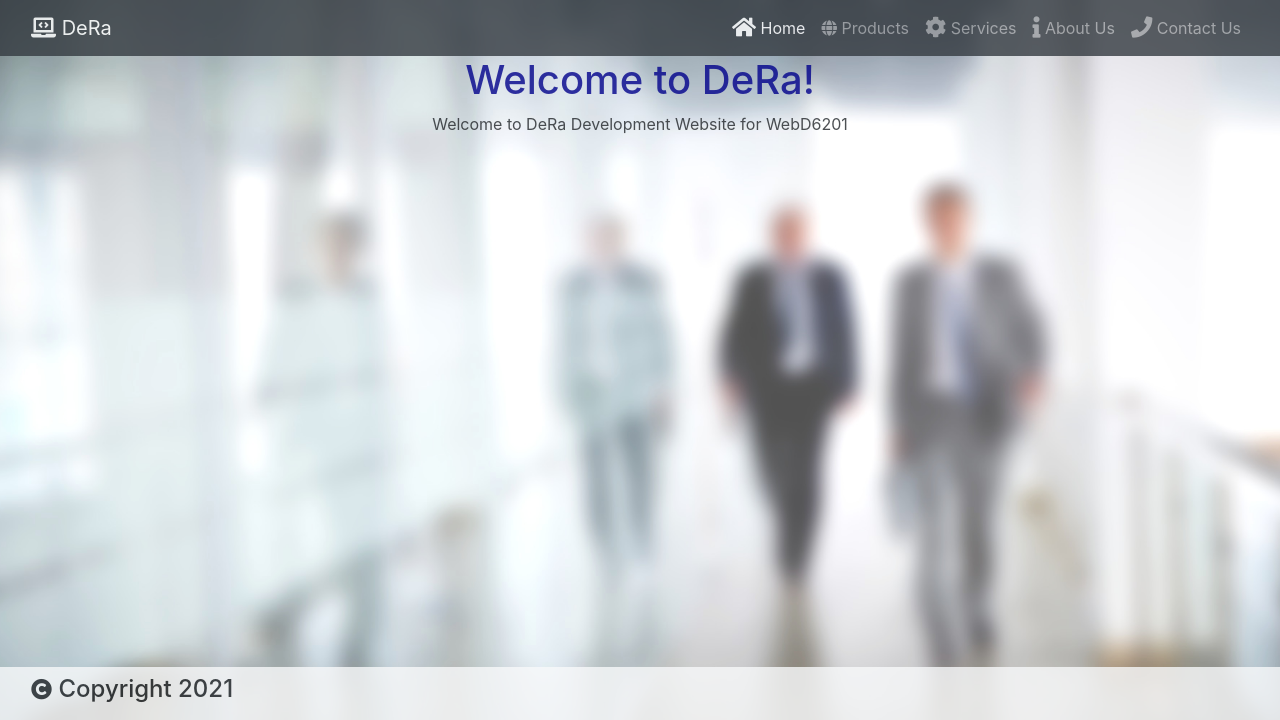
Repository: deividwsantoss/web6201-Lab1
Page: index.html
The author's editor kept a copy of each file at every save. The page is drawn from the files as they stood at one save, then again after the next save.
The browser window is 1280 px wide. The pictures show the whole page.

Above is the page before, as saved 2021-02-03 00:48:56.
Console error (its wording comes from the project's code and is left out).

### index.html
<!DOCTYPE html>
<html lang="en">
<head>
    <meta charset="UTF-8">
    <meta name="viewport" content="width=device-width, initial-scale=1.0">
    <title>Home</title>
</head>
<!-- CSS SECTION-->
<link rel="stylesheet" href="./node_modules/bootstrap/dist/css/bootstrap.min.css">
<link rel="stylesheet" href="./node_modules/@fortawesome/fontawesome-free/css/all.min.css">
<link rel="stylesheet" href="./Content/app.css">

<body class="bg">
    <!-- Main Header-->
    <header>
        <!-- Main Navegation-->
        <nav class="navbar navbar-expand-lg navbar-dark bg-dark">
            <div class="container-fluid">
              <a class="navbar-brand" href="Index.html"><i class="fas fa-laptop-code"></i> DeRa</a>
              <button class="navbar-toggler" type="button" data-bs-toggle="collapse" data-bs-target="#navbarSupportedContent" aria-controls="navbarSupportedContent" aria-expanded="false" aria-label="Toggle navigation">
                <span class="navbar-toggler-icon"></span>
              </button>
              <div class="collapse navbar-collapse" id="navbarSupportedContent">
                <ul class="navbar-nav ml-auto mb-2 mb-lg-0">
                  <li class="nav-item">
                    <a class="nav-link active" aria-current="page" href="Index.html"><i class="fas fa-home fa-lg"></i> Home</a>
                  </li>
                  <li class="nav-item">
                    <a class="nav-link" aria-current="page" href="products.html"><i class="fas fa-globe"></i> Products</a>
                  </li>
                  <li class="nav-item">
                    <a class="nav-link" aria-current="page" href="services.html"><i class="fas fa-cog fa-lg"></i> Services</a>
                  </li>
                  <li class="nav-item">
                    <a class="nav-link" aria-current="page" href="about.html"><i class="fas fa-info fa-lg"></i> About Us</a>
                  </li>
                  <li class="nav-item">
                    <a class="nav-link" aria-current="page" href="contact.html"><i class="fas fa-phone fa-lg"></i> Contact Us</a>
                  </li>

                </ul>

              </div>
            </div>
          </nav>

    </header>

    <!-- Main Content-->
        <main class="container">
          <div class="text-md-center">

              <h1> Welcome to DeRa! </h1>
              <p id="paragraphOne"> </p>

          </div>
        </main>
        <!-- Main Footer-->
        <footer>
          <nav class="navbar fixed-bottom navbar-light bg-light">
              <div class="container-fluid ">
                  <h4><i class="fas fa-copyright fa-sm"></i> Copyright 2021 </h4>
              </div>
            </nav>

      </footer>
    <!--- Script Section-->
    <script src="./node_modules/bootstrap/dist/js/bootstrap.bundle.min.js"></script>
    <script src="./node_modules/jquery/dist/jquery.min.js"></script>
    <script src="./Scripts/app.js"></script>
</body>

</html>

### Content/app.css
/* Custom CSS goes here */
body,html{
    height: 100%;
    margin: 0;
}
.bg{
    background-image: url("Background-White.jpg");
    background-repeat: no-repeat;
    background-size: cover;
    background-position: center;
    opacity: 0.8;
}

.contactimage{
    background-image:url("contactimg.jpg");
    background-repeat: no-repeat;
    background-size: cover;
    background-position: center;
    opacity: 0.8;
}
.productsbg {
    background-image:url("productsbg.jpg");
    background-repeat: no-repeat;
    background-size: cover;
    background-position: center;
    opacity: 0.8;
}

.servicesbackgroud{
    background-image:url("services.jpg");
    background-repeat: no-repeat;
    background-size: cover;
    background-position: center;
    opacity: 0.8;
}
.aboutus{
    background-image:url("bgimage.jpg");
    background-repeat: no-repeat;
    background-size: cover;
    background-position: center;
    opacity: 0.8;
}

.navbar-nav{


}

h1{
    color:darkblue;
    padding: 100;
}

### Scripts/app.js
/* Custom JavaScript goes here */


"use strict";

(function(){


    function displayHome(){
        let paragraphOneText = "Welcome to DeRa Development Website for WebD6201";
        let paragraphOneElement = document.getElementById("paragraphOne");

        paragraphOneElement.textContent = paragraphOneText;
    }
    function displayAbout(){

    }
    function displayProducts(){

    }
    function displayServices(){

    }
    function displayContact(){

        let messageArea = document.getElementById("messageArea");
        messageArea.hidden = true;

        //Form Validation...

        let fullName = document.getElementById("fullName");
        fullName.addEventListener("blur", function(){
            if(fullName.value.length < 2){
                fullName.focus;
                fullName.select();
                messageArea.hidden = false;
                messageArea.className = "alert alert-danger";
                messageArea.textContent = "Please, Enter an appropriate name."
            }
            else{
                messageArea.removeAttribute("Class");
                messageArea.hidden = true;
            }
        });

        //validating number
        let contactNumber = document.getElementById("contactNumber");
        contactNumber.addEventListener("blur", function(){

            if(contactNumber.value.length < 10 || contactNumber.value.length > 10 )
            {
                contactNumber.focus;
                contactNumber.select();
                messageArea.hidden = false;
                messageArea.className = "alert alert-danger";
                messageArea.textContent = "Please, Insert a valid Number";
            }
            else {
                messageArea.removeAttribute("Class");
                messageArea.hidden = true;
            }

        });

        // Validating short text
        let shortMessage = document.getElementById("shortMessage");
        shortMessage.addEventListener("blur", function(){

            if(shortMessage.value.length > 50){
                shortMessage.focus;
                shortMessage.select();
                messageArea.hidden = false;
                messageArea.className = "alert alert-danger";
                messageArea.textContent = "Maximum characters allowed (50)";
            }
            else{
                messageArea.removeAttribute("Class");
                messageArea.hidden = true;
            }
        });

        let sendButton = document.getElementById("sendButton");
        sendButton.addEventListener("click", function(event){
            event.preventDefault();
        });
        document.getElementById("sendButton").onclick = function (){
            location.href = "index.html"
        };

    }


    function Start(){
        console.log("App Start...");

        switch (document.title) {

            case 'Home':
                displayHome();
                break;
            case 'About':
                displayAbout();
                break;
            case 'Products':
                displayProducts();
                break;
            case 'Services':
                displayServices();
                break;
            case 'Contact':
                displayContact();
                break;

        }


    }
    window.addEventListener("load",Start);

})();

Loaded but not shown: node_modules/bootstrap/dist/css/bootstrap.min.css (library); node_modules/@fortawesome/fontawesome-free/css/all.min.css (library); node_modules/bootstrap/dist/js/bootstrap.bundle.min.js (library); node_modules/jquery/dist/jquery.min.js (library)

After the next save:
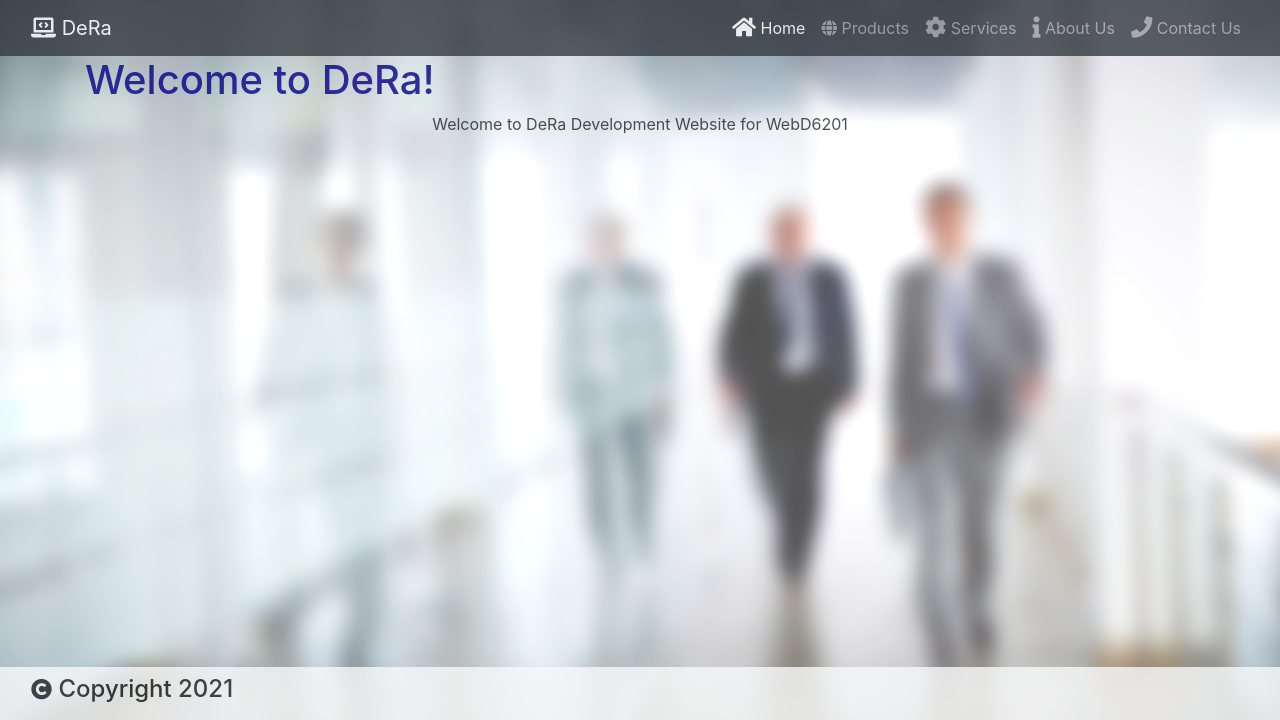
Saved 38 s later.
--- a/Content/app.css
+++ b/Content/app.css
@@ -49,4 +49,5 @@
 h1{
     color:darkblue;
     padding: 100;
+    width: fit-content;
 }

After the save that followed:
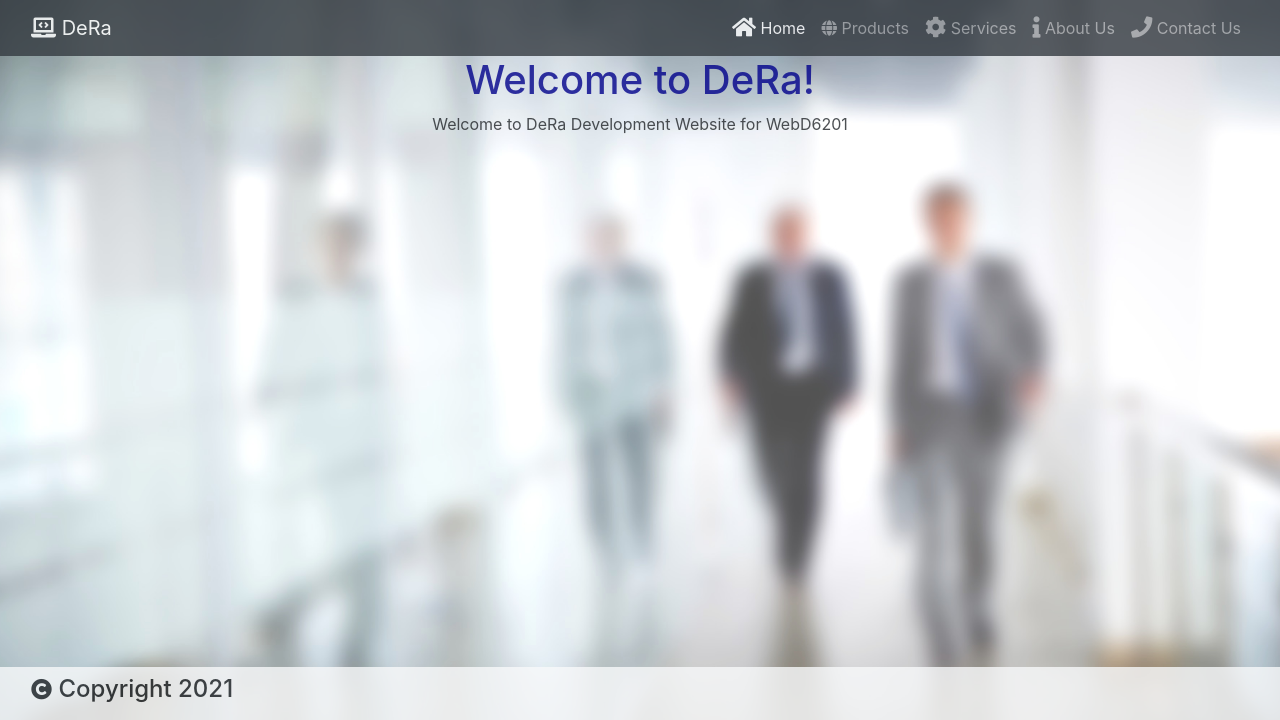
Saved 13 s later.
--- a/Content/app.css
+++ b/Content/app.css
@@ -49,5 +49,5 @@
 h1{
     color:darkblue;
     padding: 100;
-    width: fit-content;
+    width: 50;
 }
